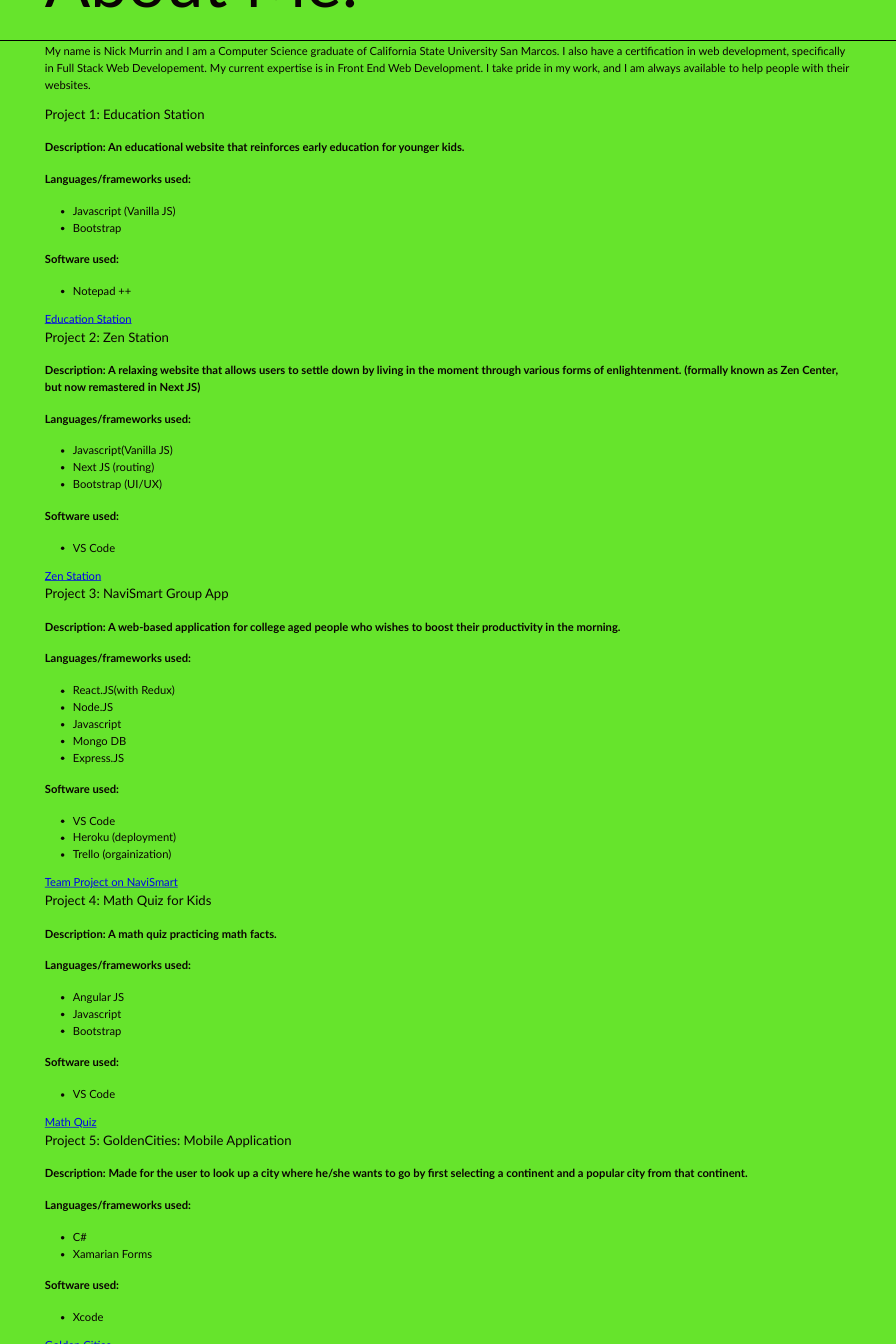
Repository: collegedude9300/modernport
Page: about.html
An editor plug-in stored every save of this project. The page is shown before and after the next save, followed by the edit.
The browser window is 1280 px wide. The pictures show the part of the page from y = 307 to 2227 px (the page is 2629 px tall before and 2672 px after), at 70% of full size.

Above is the page before, as saved 2022-10-21 17:30:28.

### about.html
<!DOCTYPE html>
<html lang="en">
<head>
  <meta charset="UTF-8">
  <meta name="viewport" content="width=device-width, initial-scale=1.0">
  <meta http-equiv="X-UA-Compatible" content="ie=edge">
  <link rel="stylesheet" href="css/main.css">
  <title>Portfolio</title>
</head>
<body>
<header>
<div class="menu-btn">
<div class="btn-line"></div>
<div class="btn-line"></div>
<div class="btn-line"></div>
</div>

<nav class="menu">
<div class="menu-branding">
<div class="portrait"></div>
</div>

<ul class="menu-nav">
<li class="nav-item">
<a href="index.html" class="nav-link">
Home
</a>
</li>

<li class="nav-item current">
<a href="about.html" class="nav-link">
About Me
</a>
</li>



<li class="nav-item">
<a href="contact.html" class="nav-link">
Contact Me
</a>
</li>
</ul>
</nav>
</header>
<main id="home">

<h1 class="lg-heading">
About Me:
</h1>
    <div class="about-info">
      <div class="bio">
        <p>My name is Nick Murrin and I am a Computer Science graduate of California State University San Marcos.
        I also have a certification in web development, specifically in Full Stack Web Developement.
        My  current expertise is in Front End Web Development.
        I take pride in my  work, and I am always available to help people with their websites.
        </p>
      </div>
      <div class="project1">
        <h3>Project 1: Education Station </h3>
        <h4>Description: An educational website that reinforces early education for younger kids.</h4>
<h4> Languages/frameworks used: </h4>
<ul>
  <li>Javascript (Vanilla JS)</li>
  <li>Bootstrap</li>
</ul>
<h4> Software used: </h4>
<ul>
<li> Notepad ++  </li>
</ul>
<a href="https://educationstation.vercel.app/ "/>Education Station </a>
      </div>
      <div class="project2">
        <h3>Project 2: Zen Station</h3>
        <h4>Description: A relaxing website that allows users to settle down by living in the moment through various forms of enlightenment.
          (formally known as Zen Center, but now remastered in Next JS)
        </h4>
<h4> Languages/frameworks used: </h4>
<ul>
  <li>Javascript(Vanilla JS)</li>
  <li>Next JS (routing)</li>
  <li>Bootstrap (UI/UX)</li>
</ul>
<h4> Software used: </h4>
<ul>
<li> VS Code  </li>
</ul>
<a href="https://zenstationnext.vercel.app/"/> Zen Station </a>
      </div>
      <div class="project3">
        <h3>Project 3: NaviSmart Group App</h3>
        <h4>Description: A web-based application for college aged people who wishes to boost their productivity in the morning.
        </h4>
 <h4> Languages/frameworks used: </h4>
<ul>
  <li>React.JS(with Redux)</li>
  <li>Node.JS</li>
  <li>Javascript</li>
  <li> Mongo DB  </li>
  <li>Express.JS</li>
</ul>
<h4> Software used: </h4>
<ul>
<li> VS Code  </li>
<li> Heroku (deployment)  </li>
<li> Trello (orgainization)  </li>
</ul>
<a href="https://github.com/Willhanau/FigNeutrons">Team Project on NaviSmart</a>
</div>

<div class="project4">
        <h3>Project 4: Math Quiz for Kids</h3>
        <h4>Description: A math quiz practicing math facts.</h4>
<h4> Languages/frameworks used: </h4>
<ul>
  <li>Angular JS</li>
  <li>Javascript</li>
  <li>Bootstrap</li>
</ul>
<h4> Software used: </h4>
<ul>
<li> VS Code  </li>
</ul>
<a href="https://github.com/collegedude9300/mathquiz"/> Math Quiz </a>
      </div>
</div>
<div class="project5">
        <h3>Project 5: GoldenCities: Mobile Application</h3>
        <h4>Description: Made for the user to look up a city where he/she wants to go by first selecting a continent and a popular city from that continent.</h4>
<h4> Languages/frameworks used: </h4>
<ul>
  <li>C#</li>
  <li>Xamarian Forms</li>
</ul>
<h4> Software used: </h4>
<ul>
<li> Xcode  </li>
</ul>
<a href="https://github.com/collegedude9300/goldencity"/> Golden Cities </a>
      </div>
</div>
<div class="project6">
        <h3>Project 6: Python Mini Programs</h3>
        <h4>Description: A series of three Python projects to refresh on my Python skills, attached with screenshots.</h4>
<ul>
  <li>Part A: Dice Facts: randomly generates a number between 1 and 9 to roll a dice, and each number has a fact about that number. </li>
  <a href="https://github.com/collegedude9300/factdice"/> </a>
  <li>Part B: Madlibs:  ask users to enter a series of inputs for each type of word that will be considered as a Mad Lib to finish the story.</li>
</ul>
<h4> Software used: </h4>
<ul>
<li> Xcode  </li>
</ul>
<a href="https://github.com/collegedude9300/goldencity"/> Golden Cities </a>
      </div>
</div>
<h3> <b>STAY TUNED FOR FUTURE PROJECTS!! </b></h3>
</main>
  <footer id="main-footer">
  Copyright &copy; 2021
  Developed and designed by Nick Murrin
  </footer>
<script src="js/main.js"> </script>
</body>
</html>

### css/main.css
.menu-btn {
  position: absolute;
  z-index: 3;
  right: 35px;
  top: 35px;
  cursor: pointer;
  transition: all 0.5s ease-out; }
  .menu-btn .btn-line {
    width: 28px;
    height: 3px;
    margin: 0 0 5px 0;
    background: #000;
    transition: all 0.5s ease-out; }
  .menu-btn.close {
    transform: rotate(180deg); }
    .menu-btn.close .btn-line:nth-child(1) {
      transform: rotate(45deg) translate(5px, 5px); }
    .menu-btn.close .btn-line:nth-child(2) {
      opacity: 0; }
    .menu-btn.close .btn-line:nth-child(3) {
      transform: rotate(-45deg) translate(7px, -6px); }

.menu {
  position: fixed;
  top: 0;
  width: 100%;
  opacity: 0.9;
  visibility: hidden; }
  .menu.show {
    visibility: visible; }
  .menu-branding, .menu-nav {
    display: flex;
    flex-flow: column wrap;
    align-items: center;
    justify-content: center;
    float: left;
    width: 50%;
    height: 100vh;
    overflow: hidden; }
  .menu-nav {
    margin: 0;
    padding: 0;
    background: #f6a205;
    list-style: none;
    transform: translate3d(0, -100%, 0);
    transition: all 0.5s ease-out; }
    .menu-nav.show {
      transform: translate3d(0, 0, 0); }
  .menu-branding {
    background: #faac1b;
    transform: translate3d(0, 100%, 0);
    transition: all 0.5s ease-out; }
    .menu-branding.show {
      transform: translate3d(0, 0, 0); }
    .menu-branding .portrait {
      width: 250px;
      height: 250px; }
  .menu .nav-item {
    transform: translate3d(600px, 0, 0);
    transition: all 0.5s ease-out; }
    .menu .nav-item.show {
      transform: translate3d(0, 0, 0); }
  .menu .nav-link {
    display: inline-block;
    position: relative;
    font-size: 30px;
    text-transform: uppercase;
    padding: 1rem 0;
    font-weight: 300;
    color: #000;
    text-decoration: none;
    transition: all 0.5s ease-out; }

.nav-item:nth-child(1) {
  transition-delay: 0.1s; }

.nav-item:nth-child(2) {
  transition-delay: 0.2s; }

.nav-item:nth-child(3) {
  transition-delay: 0.3s; }

.nav-item:nth-child(4) {
  transition-delay: 0.4s; }

@media screen and (min-width: 1171px) {
  .projects {
    grid-template-columns: repeat(4, 1fr); } }

@media screen and (min-width: 769px) and (max-width: 1170px) {
  .projects {
    grid-template-columns: repeat(3, 1fr); } }

@media screen and (max-width: 768px) {
  main {
    align-items: center;
    text-align: center; }
    main .lg-heading {
      line-height: 1;
      margin-bottom: 1rem; }
  ul.menu-nav,
  div.menu-branding {
    float: none;
    width: 100%;
    min-height: 0; }
    ul.menu-nav.show,
    div.menu-branding.show {
      transform: translate3d(0, 0, 0); }
  .menu-nav {
    height: 75vh;
    transform: translate3d(-100%, 0, 0);
    font-size: 24px; }
  .menu-branding {
    height: 25vh;
    transform: translate3d(100%, 0, 0); }
    .menu-branding .portrait {
      width: 150px;
      height: 150px; }
  .about-info {
    grid-template-areas: 'bioimage'
 'bio'
 'job1'
 'job2'
 'job3';
    grid-template-columns: 1fr; }
  .projects {
    grid-template-columns: repeat(2, 1fr); } }

@media screen and (max-width: 500px) {
  main {
    padding: 2rem; }
    main #home h1 {
      margin-top: 10vh; }
    main .lg-heading {
      margin-top: 1rem;
      font-size: 5rem; }
  .projects {
    grid-template-columns: 1fr; } }

* {
  box-sizing: border-box; }

body {
  background: #66e42c;
  color: #0a0303;
  height: 100%;
  margin: 0;
  font-family: 'Trebuchet MS', 'Lucida Sans Unicode', 'Lucida Grande', 'Lucida Sans', Arial, sans-serif;
  line-height: 1.5; }

.transition1 {
  width: 150px;
  height: 150px;
  background: red;
  transition: width 3s; }

.transition2 {
  width: 150px;
  height: 150px;
  background: #12e7ee;
  transition: width 3s; }

.transition3 {
  width: 150px;
  height: 150px;
  background: #e7d918;
  transition: width 3s; }

.transition4 {
  width: 150px;
  height: 150px;
  background: rgba(238, 150, 18, 0.753);
  transition: width 3s; }

.myTitle {
  padding: 50px;
  margin: 20px;
  font-size: 30px;
  font-family: Cambria, Cochin, Georgia, Times, 'Times New Roman', serif;
  color: #1133ca; }

h1, h2, h3 {
  margin: 0;
  font-weight: 400; }

.lg-heading {
  font-size: 6rem; }

header {
  position: relative;
  z-index: 2; }

main {
  padding: 4rem;
  height: 100%; }
  main#home {
    overflow: hidden; }
  main h1 {
    margin-top: 20vh; }

### js/main.js
// Select DOM Items
const menuBtn = document.querySelector('.menu-btn');
const menu = document.querySelector('.menu');
const menuNav = document.querySelector('.menu-nav');
const menuBranding = document.querySelector('.menu-branding');
const navItems = document.querySelectorAll('.nav-item');

// Set Initial State Of Menu
let showMenu = false;

menuBtn.addEventListener('click', toggleMenu);

function toggleMenu() {
  if (!showMenu) {
    menuBtn.classList.add('close');
    menu.classList.add('show');
    menuNav.classList.add('show');
    menuBranding.classList.add('show');
    navItems.forEach(item => item.classList.add('show'));

    // Set Menu State
    showMenu = true;
  } else {
    menuBtn.classList.remove('close');
    menu.classList.remove('show');
    menuNav.classList.remove('show');
    menuBranding.classList.remove('show');
    navItems.forEach(item => item.classList.remove('show'));

    // Set Menu State
    showMenu = false;
  }
}

After the next save:
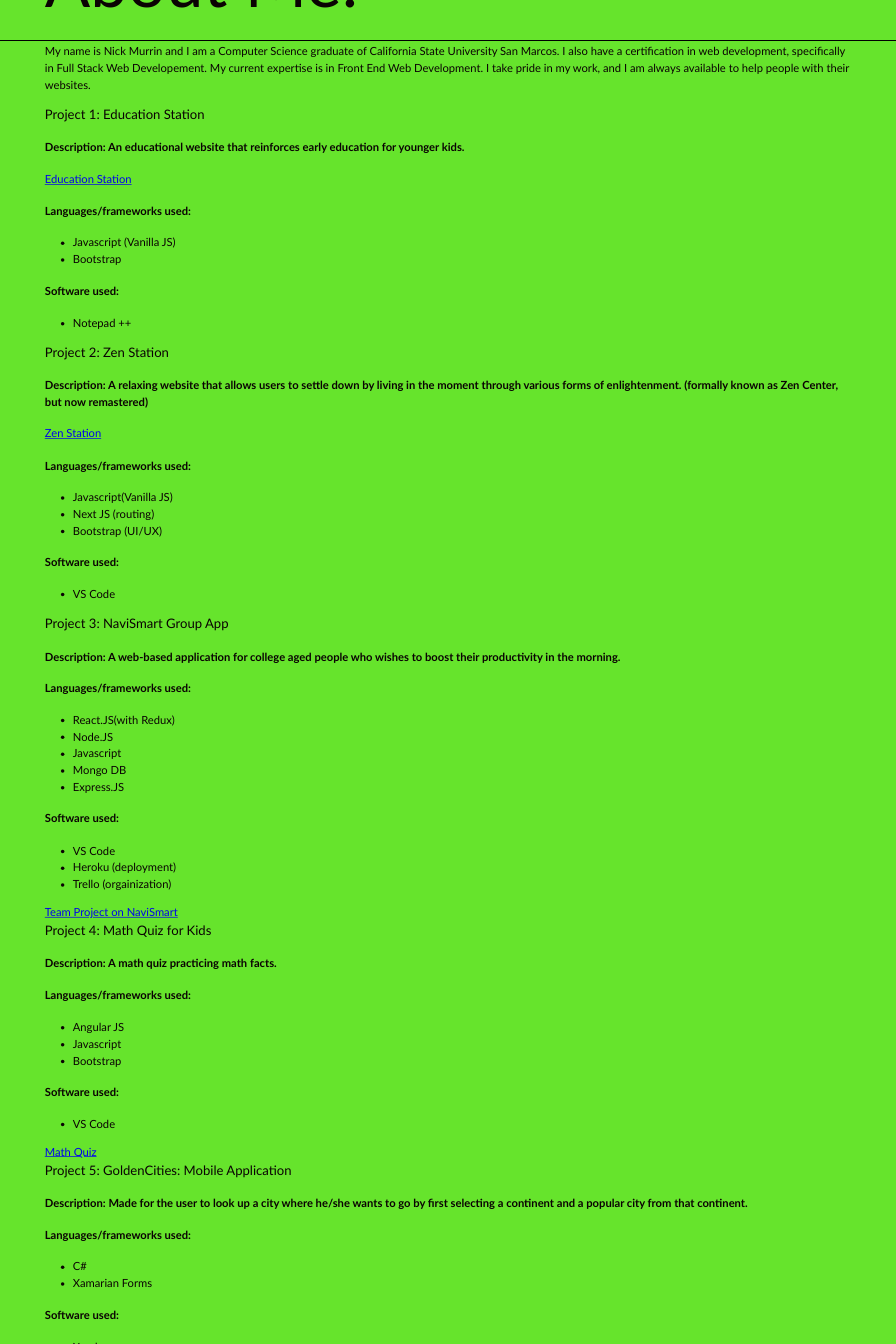
Saved 2 min 40 s later.
--- a/about.html
+++ b/about.html
@@ -59,6 +59,7 @@ About Me:
       <div class="project1">
         <h3>Project 1: Education Station </h3>
         <h4>Description: An educational website that reinforces early education for younger kids.</h4>
+        <a href="https://educationstation.vercel.app/ "/>Education Station </a>
 <h4> Languages/frameworks used: </h4>
 <ul>
   <li>Javascript (Vanilla JS)</li>
@@ -68,13 +69,13 @@ About Me:
 <ul>
 <li> Notepad ++  </li>
 </ul>
-<a href="https://educationstation.vercel.app/ "/>Education Station </a>
       </div>
       <div class="project2">
         <h3>Project 2: Zen Station</h3>
         <h4>Description: A relaxing website that allows users to settle down by living in the moment through various forms of enlightenment.
-          (formally known as Zen Center, but now remastered in Next JS)
+          (formally known as Zen Center, but now remastered)
         </h4>
+        <a href="https://zenstationnext.vercel.app/"/> Zen Station </a>
 <h4> Languages/frameworks used: </h4>
 <ul>
   <li>Javascript(Vanilla JS)</li>
@@ -85,7 +86,6 @@ About Me:
 <ul>
 <li> VS Code  </li>
 </ul>
-<a href="https://zenstationnext.vercel.app/"/> Zen Station </a>
       </div>
       <div class="project3">
         <h3>Project 3: NaviSmart Group App</h3>
